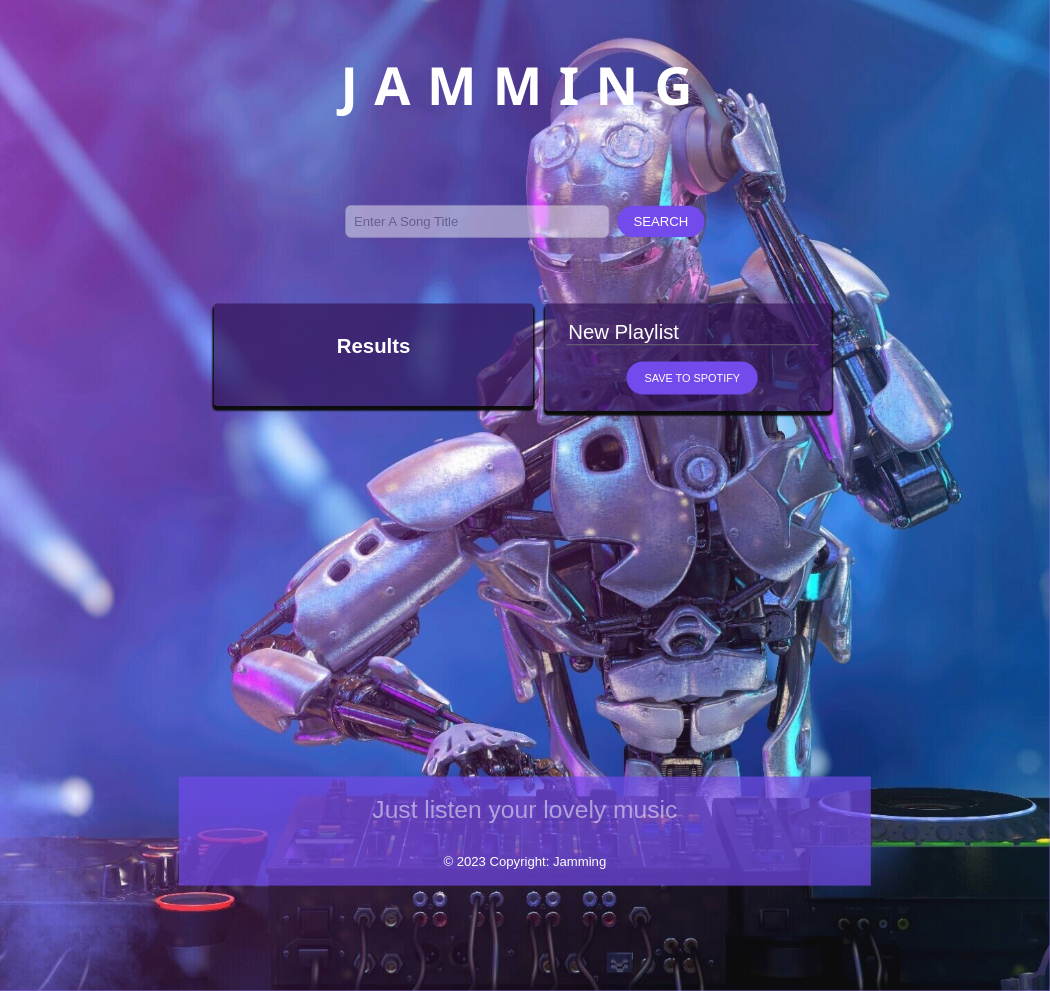
Repository: LolaSL/jamming
Page: /
These files come from the project's save history. The page is drawn as it stood at one moment and after a run of saves; the edit follows.
The browser window is 1280 px wide. The pictures show the whole page, at 82% of full size.
The project was rebuilt for these pictures with package versions that can differ from the ones it lists, and the page was loaded fresh each time. Also part of the build but not shown: src/components/Track/Track.jsx.

Above is the page before, as saved 2023-06-23 20:07:19.

### src/App/App.js
import React, { useState, useCallback } from "react";
import "./App.css";
import Footer from "../components/Footer/Footer";
import Playlist from "../components/PlayList/PlayList.jsx";
import SearchBar from "../components/SearchBar/SearchBar";
import SearchResults from "../components/SearchResults/SearchResults";
import Spotify from "../utils/Spotify";

const App = () => {
  const [searchResults, setSearchResults] = useState([]);
  const [playlistName, setPlaylistName] = useState("New Playlist");
  const [playlistTracks, setPlaylistTracks] = useState([]);

  const search = useCallback(async (term) => {
    const results = await Spotify.search(term);
    setSearchResults(results);
  }, []);

  const addTrack = useCallback((track) => {
    if (playlistTracks.some((savedTrack) => savedTrack.id === track.id)) {
      return;
    }
    setPlaylistTracks((prevTracks) => [...prevTracks, track]);
  }, [playlistTracks]);

  const removeTrack = useCallback((track) => {
    setPlaylistTracks((prevTracks) =>
      prevTracks.filter((currentTrack) => currentTrack.id !== track.id)
    );
  }, []);

  const updatePlaylistName = useCallback((name) => {
    setPlaylistName(name);
  }, []);

  const savePlaylist = useCallback(async () => {
    const trackUris = playlistTracks.map((track) => track.uri);
    await Spotify.savePlaylist(playlistName, trackUris);
    setPlaylistName("New Playlist");
    setPlaylistTracks([]);
  }, [playlistName, playlistTracks]);

  return (
    <div className="App-container" data-testid="app-test">
      <h1>
        Jamming
      </h1>
      <SearchBar onSearch={search} />
      <div className="App-playlist-container">
          <SearchResults searchResults={searchResults} onAdd={addTrack} />
          <Playlist
            playlistName={playlistName}
            playlistTracks={playlistTracks}
            onNameChange={updatePlaylistName}
            onRemove={removeTrack}
            onSave={savePlaylist}
        />
      </div>
      <Footer />
      </div>
  );
};

export default App;
;

### src/App/App.css
body,
html,
#root {
  height: 100%;
  margin: 0;
  padding: 0;
}

/* CSS for App-container */
.App-container {
  display: flex;
  flex-direction: column;
  align-items: center;
  padding: 20px;
  background-color: #6c41ec;
  background-image: url("./background.jpg");
  height: 150%;
  padding: 0 17% 10% 17%;
  opacity: 0.95;
  background-size: cover;
  overflow: hidden;
  background-position: center;
  background-repeat: no-repeat;
  font-family: "Work Sans", sans-serif;
  font-weight: 500;
  color: #56649f;
  text-align: center;
}

/* CSS for h1 */
h1 {
  font-family: "Segoe UI", Tahoma, Geneva, Verdana, sans-serif;
  text-transform: uppercase;
  letter-spacing: 20px;
  color: #ffffff;
  font-size: 4rem;
  margin-top: 60px;
}

/* CSS for SearchBar */
.SearchBar {
  display: flex;
  justify-content: center;
  align-items: center;
  margin-bottom: 20px;
}

/* CSS for App-playlist */
.App-playlist-container  {
  display: grid;
  grid-template-columns: 1fr 1fr;
  grid-gap:50px;
  align-items: justify;
  margin: 60px auto;
}

/* CSS for SearchResults and Playlist components */
.SearchResults,
.Playlist {
  background-color: #fff;
  padding: 20px;
  border-radius: 4px;
  box-shadow: 1px 1px 1px rgba(9, 3, 15, 0.488);
}
.footer{
  margin-top: auto;
}
@media (max-width: 800px) {
  /* CSS for App-container */
  .App-container {
    padding: 10px;
    font-size: 14px;
  }
  /* CSS for h1 */
  h1 {
    font-size: 3rem;
    margin-top: 40px;
    text-shadow: 1px 2px 3px rgba(112, 30, 189, 0.488);
    opacity: 0.97;
    z-index: 5;
  }
  .SearchResults,
.Playlist {
  background-color: #fff;
  padding: 10px;
  border-radius: 4px;
  box-shadow: 1px 1px 1px rgba(9, 3, 15, 0.488);
}
.App-playlist-container {
  grid-gap: -5px;
  margin: 40px auto;
}
.footer{
  margin-top: auto;
}

}

### src/components/Footer/Footer.jsx
import "./Footer.css";

const Footer = () => {
  return (
    <footer className="footer" data-testid="footer-test">
      <div className="infoText" data-test="infoText-test">
        <p>Just listen your lovely music</p>
      </div>
        <div data-test="copyright-test">
          &copy; {new Date().getFullYear()} Copyright: Jamming
        </div>

    </footer>
  );
};

export default Footer;

### src/components/PlayList/PlayList.jsx
import React, { useCallback } from "react";
import PropTypes from "prop-types";
import "./PlayList.css";
import TrackList from "../TrackList/TrackList";

const Playlist = ({
  onNameChange,
  playlistTracks,
  onRemove,
  onSave
}) => {
  const handleNameChange = useCallback((event) => {
    onNameChange(event.target.value);
  }, [onNameChange]);

  return (
    <div className="Playlist">
      <input onChange={handleNameChange} defaultValue={"New Playlist"} />
      <TrackList
        tracks={playlistTracks}
        isRemoval={true}
        onRemove={onRemove}
      />
      <button className="Playlist-save" onClick={onSave}>
        SAVE TO SPOTIFY
      </button>
    </div>
  );
};

Playlist.propTypes = {
  onNameChange: PropTypes.func,
  playlistTracks: PropTypes.array,
  onRemove: PropTypes.func,
  onSave: PropTypes.func
};

export default Playlist;

### src/components/SearchBar/SearchBar.jsx
import React, { useState, useCallback } from "react";
import "./SearchBar.css";

const SearchBar = ({ onSearch }) => {
  const [term, setTerm] = useState("");

  const handleTermChange = useCallback((event) => {
    event.preventDefault();
    setTerm(event.target.value);
  }, []);

  const search = useCallback(
    (event) => {
      event.preventDefault();
      onSearch(term);
    },
    [onSearch, term]
  );

  return (
    <div className="SearchBar">
      <input placeholder="Enter A Song Title" onChange={handleTermChange} />
      <button className="SearchButton" onClick={search}>
        SEARCH
      </button>
    </div>
  );
};

export default SearchBar;

### src/components/SearchResults/SearchResults.jsx
import React from "react";
import "./SearchResults.css";
import TrackList from "../TrackList/TrackList";

const SearchResults = ({ searchResults, onAdd }) => {
  return (
    <div className="SearchResults">
      <h2>Results</h2>
      <TrackList tracks={searchResults} onAdd={onAdd} />
    </div>
  );
};

export default SearchResults;

### src/utils/Spotify.js
const clientId = 'a18dfb23f21c4bf69aa0c5c6ac72acdc'; // Insert client ID here.
const redirectUri = 'http://localhost:3000/'; // Have to add this to your accepted Spotify redirect URIs on the Spotify API.

let accessToken;

const Spotify = {
  getAccessToken() {
    if (accessToken) {
      return accessToken;
    }

    const accessTokenMatch = window.location.href.match(/access_token=([^&]*)/);
    const expiresInMatch = window.location.href.match(/expires_in=([^&]*)/);
    if (accessTokenMatch && expiresInMatch) {
      accessToken = accessTokenMatch[1];
      const expiresIn = Number(expiresInMatch[1]);
      window.setTimeout(() => accessToken = '', expiresIn * 1000);
      window.history.pushState('Access Token', null, '/'); // This clears the parameters, allowing us to grab a new access token when it expires.
      return accessToken;
    } else {
      const accessUrl = `https://accounts.spotify.com/authorize?client_id=${clientId}&response_type=token&scope=playlist-modify-public&redirect_uri=${redirectUri}`;
      window.location = accessUrl;
    }
  },

  async search(term) {
    const accessToken = Spotify.getAccessToken();
    const response = await fetch(`https://api.spotify.com/v1/search?type=track&q=${term}`, {
      headers: {
        Authorization: `Bearer ${accessToken}`
      }
    });
    const jsonResponse = await response.json();
    if (!jsonResponse.tracks) {
      return [];
    }
    return jsonResponse.tracks.items.map(track => ({
      id: track.id,
      name: track.name,
      artist: track.artists[0].name,
      album: track.album.name,
      popularity: track.popularity,
      uri: track.uri
    }));
  },

  savePlaylist(name, trackUris) {
    if (!name || !trackUris.length) {
      return;
    }

    const accessToken = Spotify.getAccessToken();
    const headers = { Authorization: `Bearer ${accessToken}` };
    let userId;

    return fetch('https://api.spotify.com/v1/me', { headers: headers }
    ).then(response => response.json()
    ).then(jsonResponse => {
      userId = jsonResponse.id;
      return fetch(`https://api.spotify.com/v1/users/${userId}/playlists`, {
        headers: headers,
        method: 'POST',
        body: JSON.stringify({ name: name })
      }).then(response => response.json()
      ).then(jsonResponse => {
        const playlistId = jsonResponse.id;
        return fetch(`https://api.spotify.com/v1/users/${userId}/playlists/${playlistId}/tracks`, {
          headers: headers,
          method: 'POST',
          body: JSON.stringify({ uris: trackUris })
        });
      });
    });
  }
};

export default Spotify;

### src/components/Footer/Footer.css


.footer {
    background-color: rgba(108, 65, 233, .7);
    min-width:100%;
    padding: 20px 0;
    color: white;
    position: relative;
    margin-bottom:0;
}

    .infoText {
        font-size: 30px;
        line-height: 20px;
        opacity: 0.5;
        text-align: center;
        align-items:center;
       min-width: 800px;
        margin-bottom: 20px;

    }

### src/components/PlayList/PlayList.css
.Playlist {
    display: flex;
    flex-direction: column;
    align-items: center;
    justify-items: center;
    overflow-y: scroll;
    width: 90%;
    height: auto;
    background-color: rgba(40, 9, 80, 0.7);
    box-shadow: 0 4px 2px 2px #000000;
    margin-bottom: 34px;
   padding-right: 10px;
   margin-right: auto;

  }

  .Playlist input {
    width: 95%;
    border: 0;
    outline: 0;
    background: transparent;
    border-bottom: 1px solid #6f6f6f;
    font-family: 'Poppins', sans-serif;
    font-size: 1.55rem;
    color: #fff;
  }

  .Playlist-save {
    cursor: pointer;
    width: 10rem;
    padding: .77rem 0;
    border-radius: 54px;
    border-width: 0px;
    margin-top: 1.27rem;
    background-color: #6c41ec;
    text-align: center;
    font-size: .83rem;
    transition: background-color .25s;
    color: #fff;
    font-weight: 500;
  }

  .Playlist-save:hover {
    background-color: rgba(108, 65, 233, .7);
  }

  ::-webkit-scrollbar {
      width: 0px;
      background: transparent;
  }
  @media screen and (max-width: 600px) {
  /* CSS for Playlist on smaller screens */
  .Playlist {
    width: 90%;
    margin-right: auto;
    padding-right: 0;
  }

  .Playlist input {
    font-size: 1.3rem;
  }
}
@media screen and (max-width: 800px) {
  /* CSS for Playlist on smaller screens */
  .Playlist {
    width:95%;
    margin-right: auto;
    padding-right: 0;
    display: flex;
    flex-direction: column;
    align-items: center;
  }

  .Playlist input {
    font-size: 1.3rem;
  }
}

### src/components/TrackList/TrackList.jsx
import React from "react";
import PropTypes from "prop-types";
import "./TrackList.css";
import Track from "../Track/Track";

const TrackList = ({ tracks, onAdd, isRemoval, onRemove }) => {
  return (
    <div className="TrackList">
      {tracks.map((track, index) => (
        <Track
          key={index}
          track={track}
          onAdd={onAdd}
          isRemoval={isRemoval}
          onRemove={onRemove}
        />
      ))}
    </div>
  );
};

TrackList.propTypes = {
  tracks: PropTypes.array,
  onAdd: PropTypes.func,
  onRemove: PropTypes.func,
  isRemoval: PropTypes.bool,
};

export default TrackList;

### src/components/SearchBar/SearchBar.css
/* CSS for SearchBar form */
.SearchBar {
  display: flex;
  align-items: center;
  margin-top: 60px;
}

/* CSS for input */
.SearchBar input {
  flex-grow: 1;
  padding: 10px;
  border: 1px solid #ccc;
  border-radius: 7px;
  font-size: 16px;
  margin-right: 10px;
  width:  300px;
  opacity: 0.45;
  z-index: 1;

}

/* CSS for button */
.SearchBar button {
  padding: 10px 20px;
  background-color: #6c41ec;
  color: #fff;
  border: none;
  border-radius: 4px;
  font-size: 16px;
  cursor: pointer;
  border-radius: 54px;
  transition: background-color .25s;
}

/* CSS for button hover effect */
.SearchBar button:hover {
  background-color: rgba(108, 65, 233, 0.7);
}

### src/components/SearchResults/SearchResults.css
.SearchResults {
  display: flex;
  flex-direction: column;
  align-items: left;
  overflow-y: scroll;
  width: 38%;
  max-height: 900px;
  padding: 1.1rem;
  background-color: rgba(40, 9, 80, 0.7);
  box-shadow: 0 4px 2px 2px #000000;
  gap: 10px;

  }
  h2{
    font-family: 'Poppins', sans-serif;
    color: #ffffff;
    text-align: left;
    font-size: 1.55rem;
  }
  ::-webkit-scrollbar {
      width: 0px;
      background: transparent;
  }

 @media only screen and (max-width: 1020px) {
    .SearchResults {
      width: 90%;
      margin-bottom:2.5rem;
    }
  }

  @media screen and (min-width: 800px) {
    .SearchResults {
      width:75%;
      margin-bottom:2rem;
      align-items: center;
    }
  }
  @media only screen and (max-width: 1220px) {
    .SearchResults {
      width: 90%;
      margin-bottom:2.5rem;
      align-items: center;
    }
  }
  @media only screen and (max-width: 1620px) {
    .SearchResults {
      width: 100%;
      margin-bottom:2.5rem;
      align-items: center;
    }
  }

### src/components/TrackList/TrackList.css
.TrackList {
  width: 90%;
  height: auto;
  overflow-y: scroll;
  display: flex;
  flex-direction: column;
}
@media screen and (max-width: 800px) {
  /* CSS for TrackList on smaller screens */
  .TrackList {
    width: 75%;
    height: auto;
    display: flex;
    flex-direction: column;
    align-items: center;
  }
}

### src/components/Track/Track.css
.Track {
    display: flex;
    align-items: center;
    border-bottom: 1px solid rgba(256, 256, 256, 0.8);
    padding-top: 14px;
  }

  .Track-action {
    cursor: pointer;
    padding: .5rem;
    font-size: 1.05rem;
    transition: color .25s;
    border: 0px;
    background-color: rgba(128, 73, 196, 0);
    color: #fff;
  }

  .Track-action:hover {
    color: rgba(265, 265, 265, .5);
  }

  .Track-information {
    flex-grow: 1;
    display: flex;
    flex-direction: column;
    justify-content: center;
    height: 90px;
  }

  .Track-information h3 {
    margin-bottom: .22rem;
  }

  .Track-information p {
    font-size: .83rem;
    font-weight: 300;
    color: rgba(256, 256, 256, 0.8);
  }
  h3, p{
    color:#ffffff;

  }

p{
    color:#ffffff;
    padding-bottom:  15px;
    margin-top: 10px
  }

  @media (max-width: 800px) {
    /* CSS for Track on smaller screens */
    .Track {
      display: flex;
      flex-direction: column;
      align-items: center;
      /* margin-bottom: 30px; */
      padding-top: 7px;
    }

    .Track-information {
      text-align: center;
    }

    .Track h3 {
      font-size: 1rem;
      text-transform: upperc;
    }

    .Track p {
      font-size: 0.9rem;
    }
  }

Loaded but not shown: public/index.html (common file); src/index.js (common file); src/index.css (common file); src/reportWebVitals.js (common file)

After the next 3 saves:
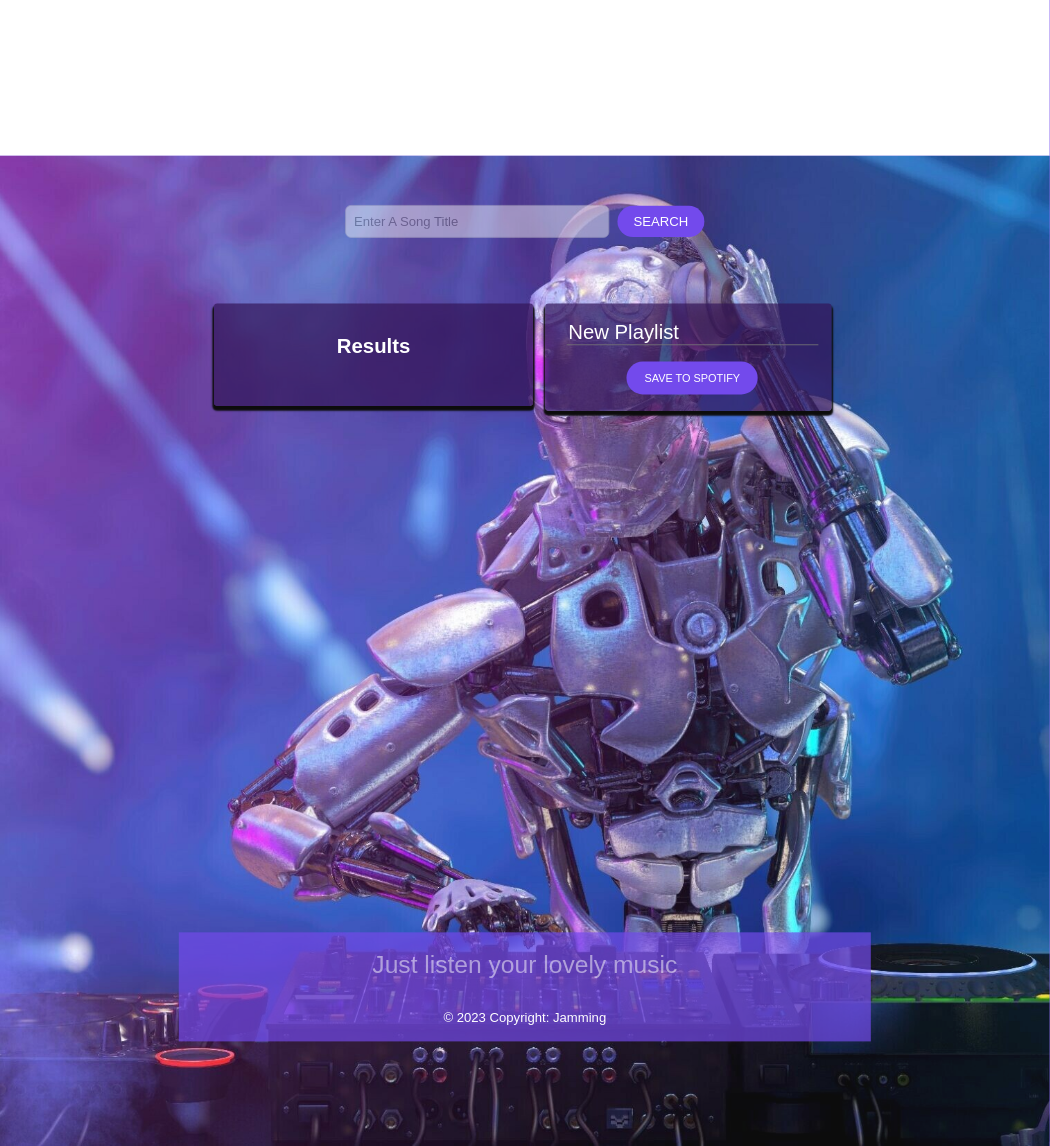
The 3 saves are shown as one change because 2 did not build or start.
The last was saved 49 s later.
--- a/src/App/App.js
+++ b/src/App/App.js
@@ -41,10 +41,10 @@
   }, [playlistName, playlistTracks]);
 
   return (
-    <div className="App-container" data-testid="app-test">
+    <>
       <h1>
         Jamming
-      </h1>
+      </h1><div className="App-container" data-testid="app-test">
       <SearchBar onSearch={search} />
       <div className="App-playlist-container">
           <SearchResults searchResults={searchResults} onAdd={addTrack} />
@@ -57,7 +57,7 @@
         />
       </div>
       <Footer />
-      </div>
+      </div></>
   );
 };
 

After the save that followed:
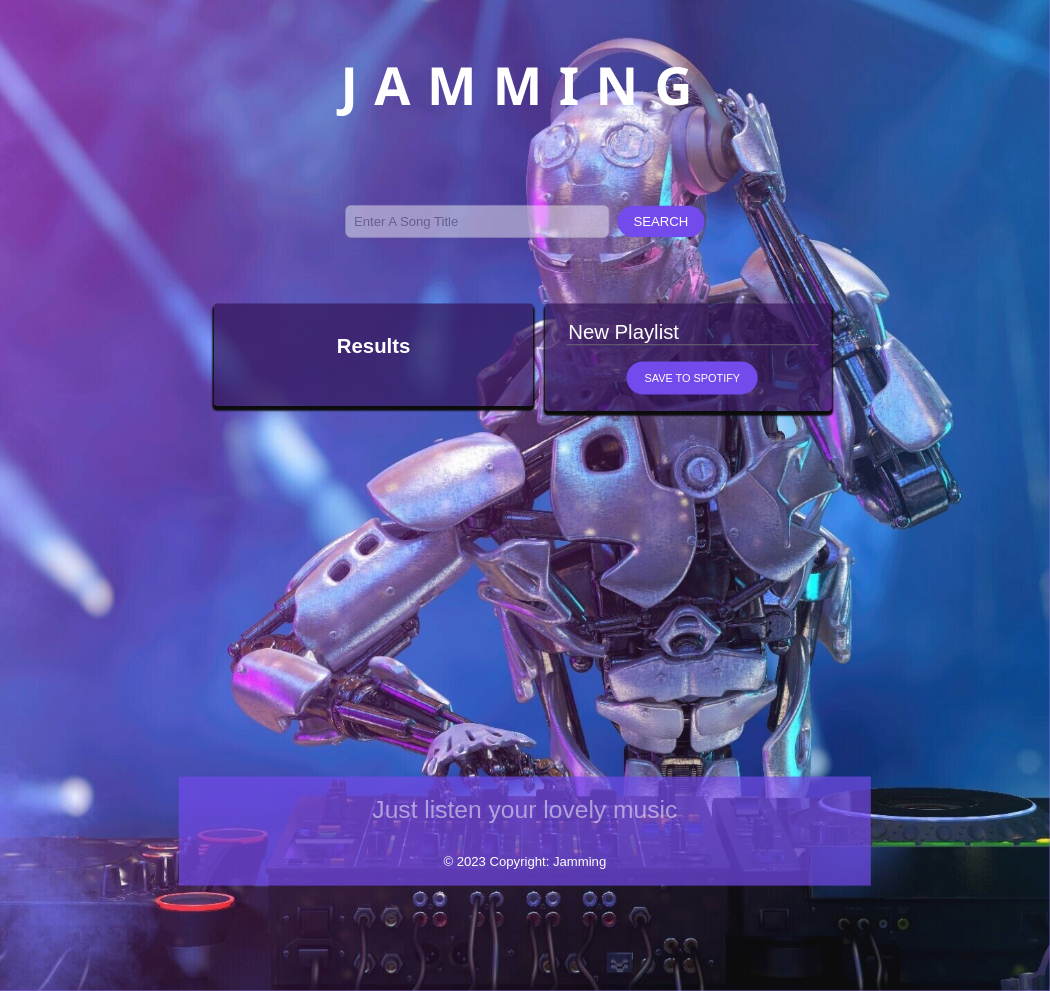
Saved 36 s later.
--- a/src/App/App.js
+++ b/src/App/App.js
@@ -41,10 +41,10 @@
   }, [playlistName, playlistTracks]);
 
   return (
-    <>
+    <><div className="App-container" data-testid="app-test">
       <h1>
         Jamming
-      </h1><div className="App-container" data-testid="app-test">
+      </h1>
       <SearchBar onSearch={search} />
       <div className="App-playlist-container">
           <SearchResults searchResults={searchResults} onAdd={addTrack} />
